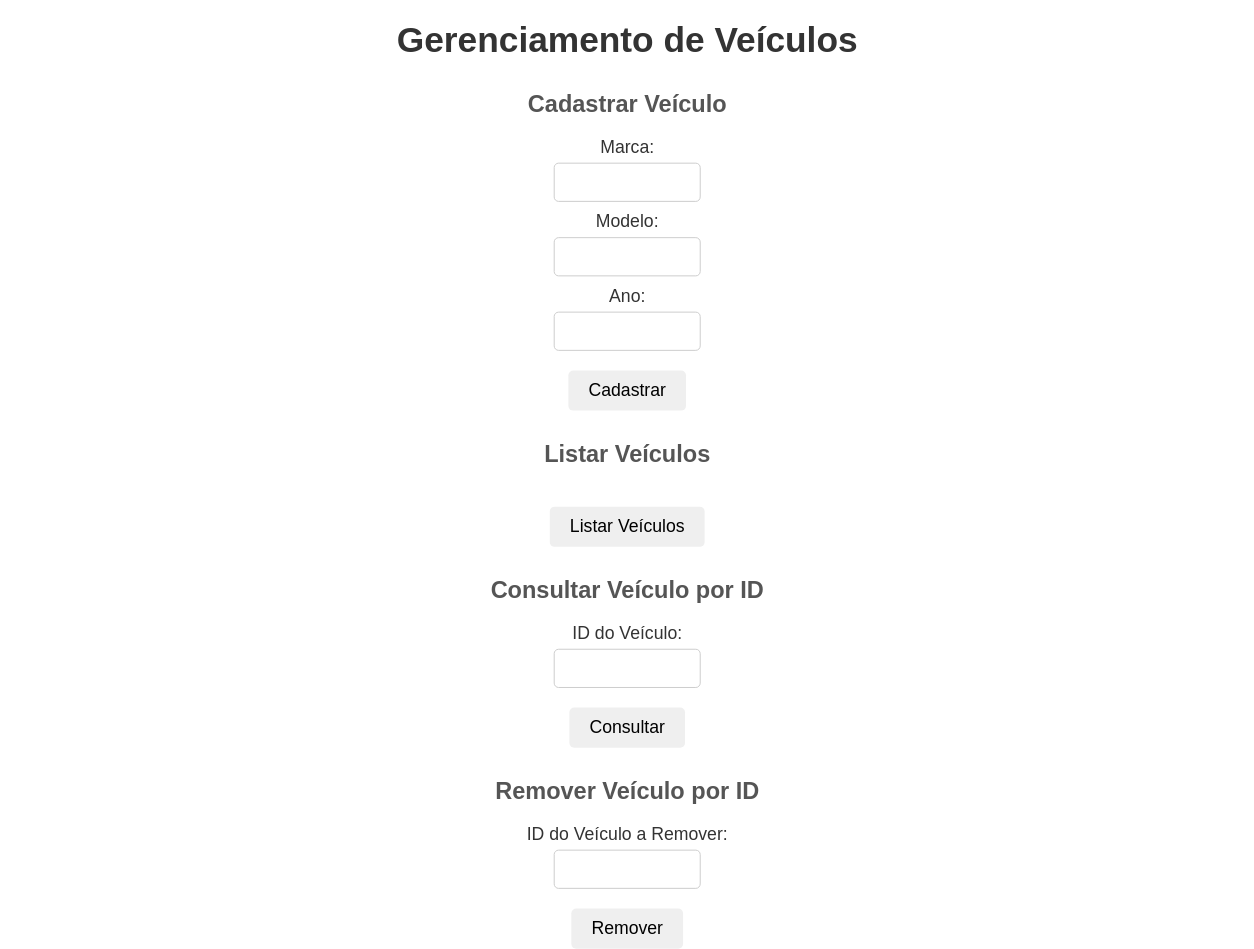
Repository: joaomadeira1208/Exercicio3
Page: veiculos/src/main/resources/index.html
These files come from the project's save history. The page is drawn as it stood at one moment and after the next save; the edit follows.
The browser window is 1280 px wide. The pictures show the whole page, at 98% of full size.

Above is the page before, as saved 2023-09-14 22:01:37.

After the next save:
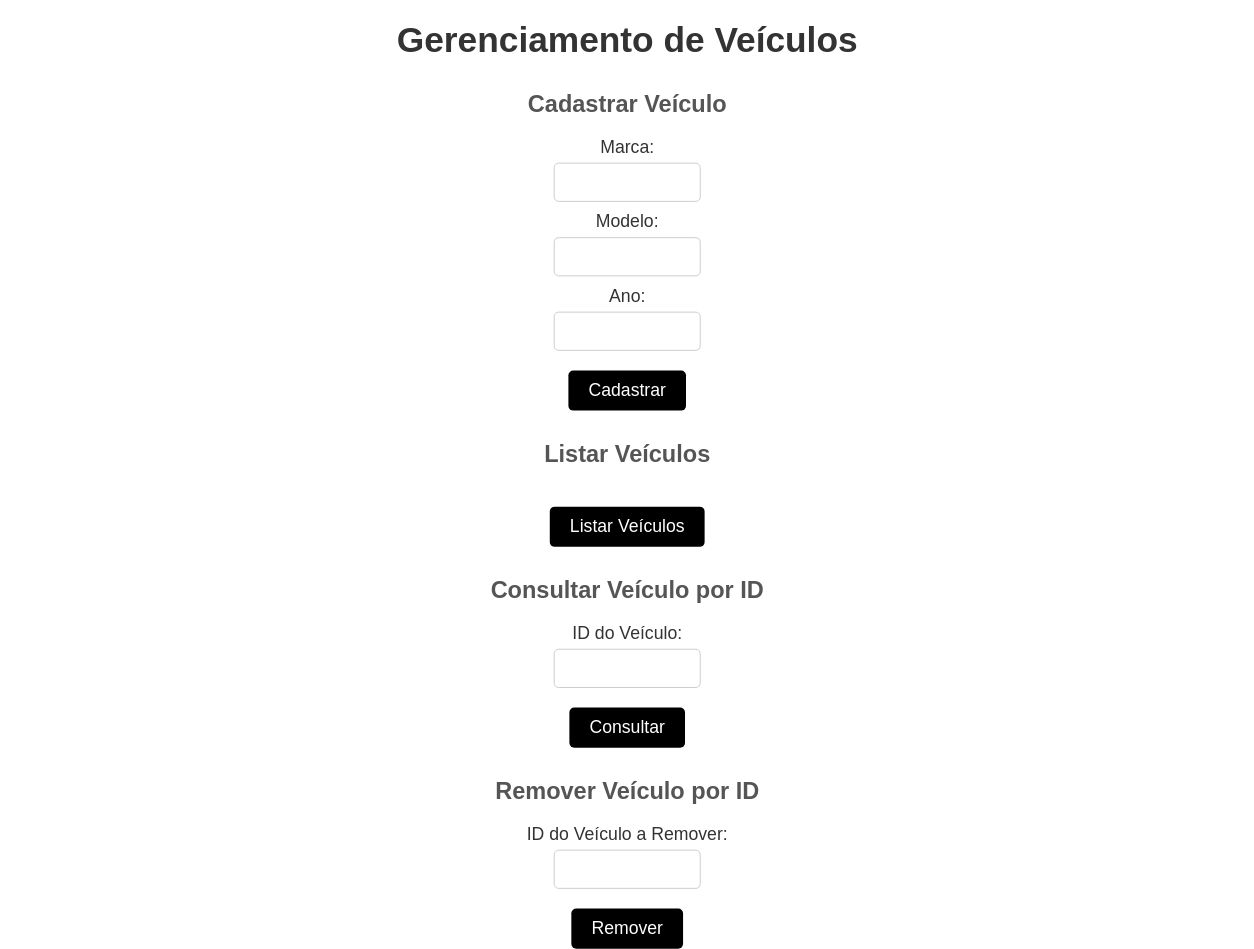
Saved 33 s later.
--- a/veiculos/src/main/resources/index.html
+++ b/veiculos/src/main/resources/index.html
@@ -48,7 +48,7 @@ input[type="number"] {
 /* Estilo para o botão */
 input[type="submit"],
 button {
-    background-color: black
+    background-color: black;
     color: white;
     font-size: 18px;
     padding: 10px 20px;
